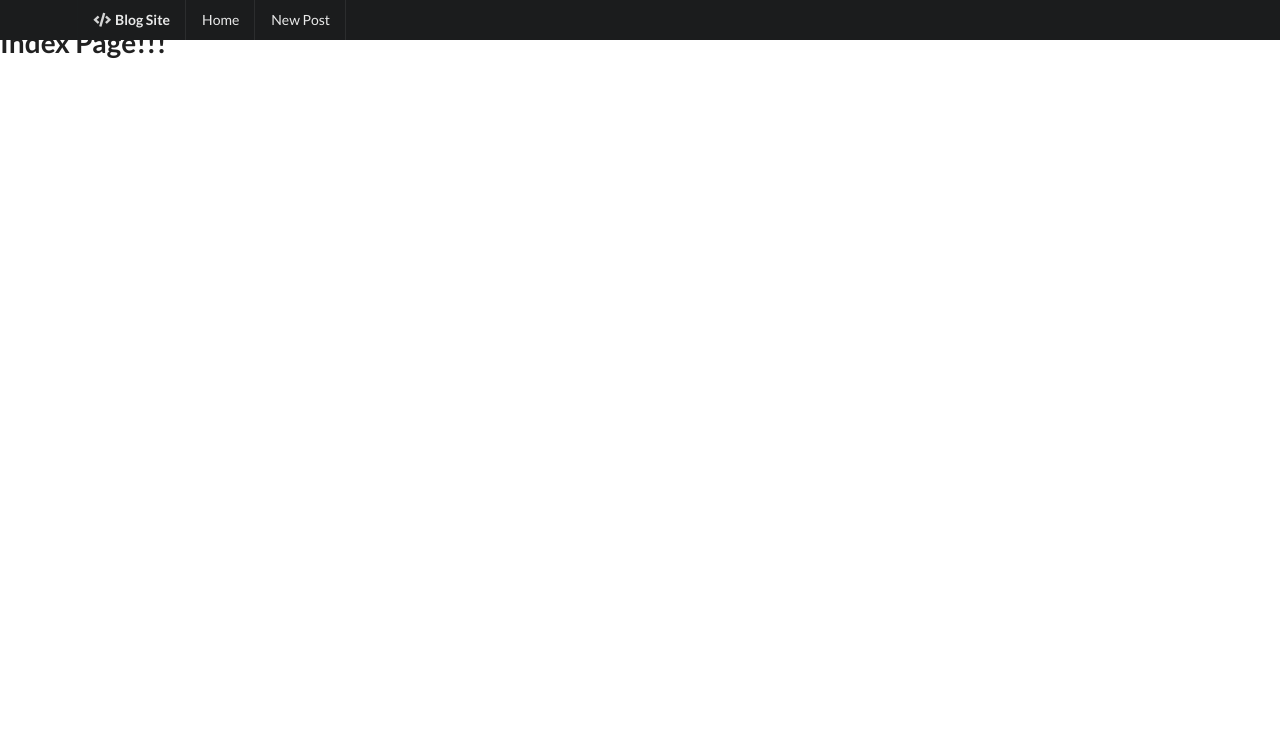
Repository: quibfiddle/WebDevBootcamp
Page: http://localhost/blogs
The author's editor kept a record of every edit. The page is drawn from the files as they stood at one moment, then again after the next edit.
The browser window is 1280 px wide. The pictures show the whole page.
Some web libraries are served in a nearby version. The page is served by the project's Node server (BlogApp/app.js). Queries for data that is not in the repository find no rows.

Above is the page before.

### C9Workspace/BlogApp/views/index.ejs
<% include ./partials/header %>

<h1>Index Page!!!</h1>

<% blogs.forEach(function(blog){ %>
    <div>
        <h2><%=blog.title%></h2>
        <img src="<%= blog.image %>"
        <span><%= blog.created %></span>
    </div>
<% }) %>

<% include ./partials/footer %>

### C9Workspace/BlogApp/views/partials/header.ejs
<html>
    <head>
        <title>Blog App</title>

        <link rel="stylesheet" href="https://cdnjs.cloudflare.com/ajax/libs/semantic-ui/2.2.13/semantic.css" />

    </head>
    <body>
        <div class="ui fixed inverted menu">
            <div class="ui container">
                <div class="header item"><i class="code icon"></i>Blog Site</div>
                <a href="/" class="item">Home</a>
                <a href="/blogs/new" class="item">New Post</a>
            </div>
        </div>

### C9Workspace/BlogApp/app.js
var express = require("express");
var app = express();
var bodyParser = require("body-parser");
var mongoose = require("mongoose");

//initialize the components we required earlier

mongoose.connect("mongodb://localhost/restful_blog_app", {useMongoClient: true});
app.use(bodyParser.urlencoded({extended: true}));
app.set("view engine", "ejs");
app.use(express.static("public"));

//create the schema for information going into the database

var blogSchema = new mongoose.Schema({
    title: String,
    image: String,
    body: String,
    created:
        {
            type: Date,
            default: Date.now
        }
});

var Blog = mongoose.model("Blog", blogSchema);

app.get("/", function(req, res){
    res.redirect("/blogs");
});

app.get("/blogs", function(req, res){
        Blog.find({}, function(err, blogs){
        if(err){
            console.log("Error!");
        }
        else {
            res.render("index", {blogs: blogs});
        }
    });
});

app.listen(process.env.PORT, process.env.IP, function(){
    console.log("server has started");
});

Loaded but not shown: C9Workspace/BlogApp/views/partials/footer.ejs (common file); C9Workspace/BlogApp/public/stylesheets/app.css (common file)

After the next edit:
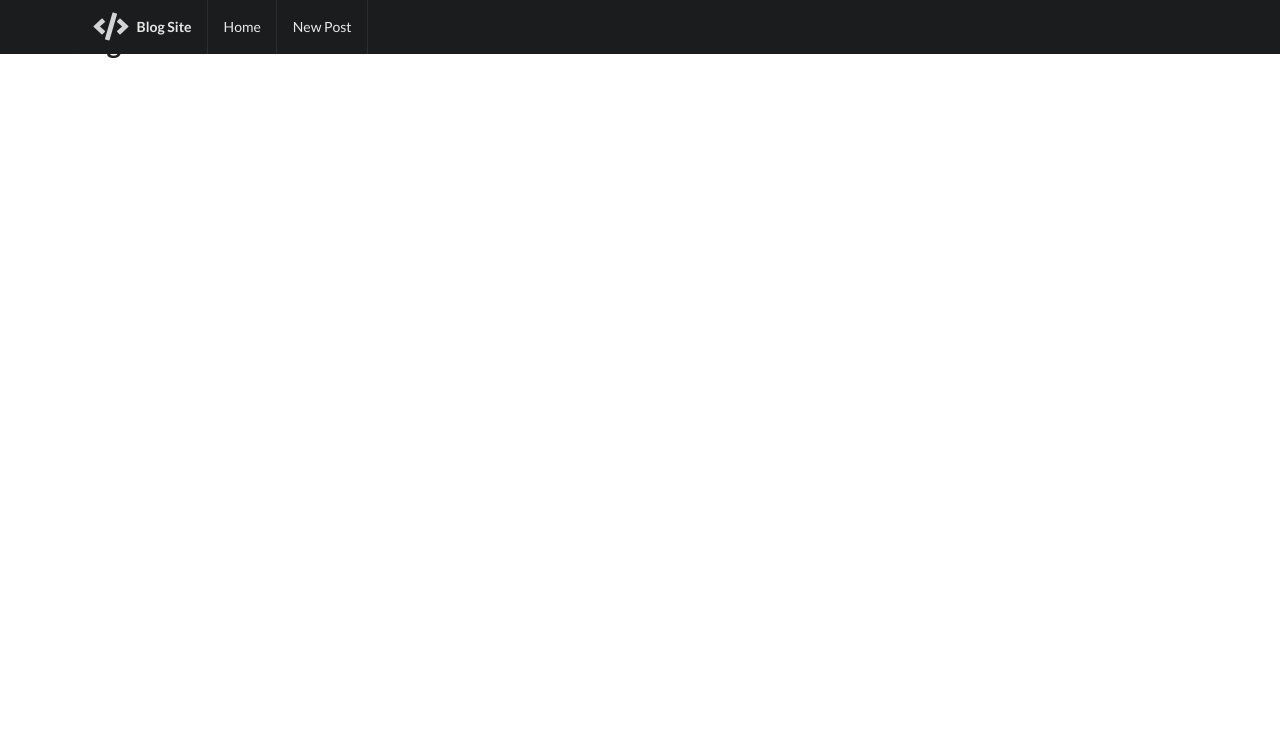
The edit:
--- a/C9Workspace/BlogApp/views/partials/header.ejs
+++ b/C9Workspace/BlogApp/views/partials/header.ejs
@@ -3,6 +3,7 @@
         <title>Blog App</title>
 
         <link rel="stylesheet" href="https://cdnjs.cloudflare.com/ajax/libs/semantic-ui/2.2.13/semantic.css" />
+        <link rel="stylesheet" href="stylesheets/app.css">
 
     </head>
     <body>
